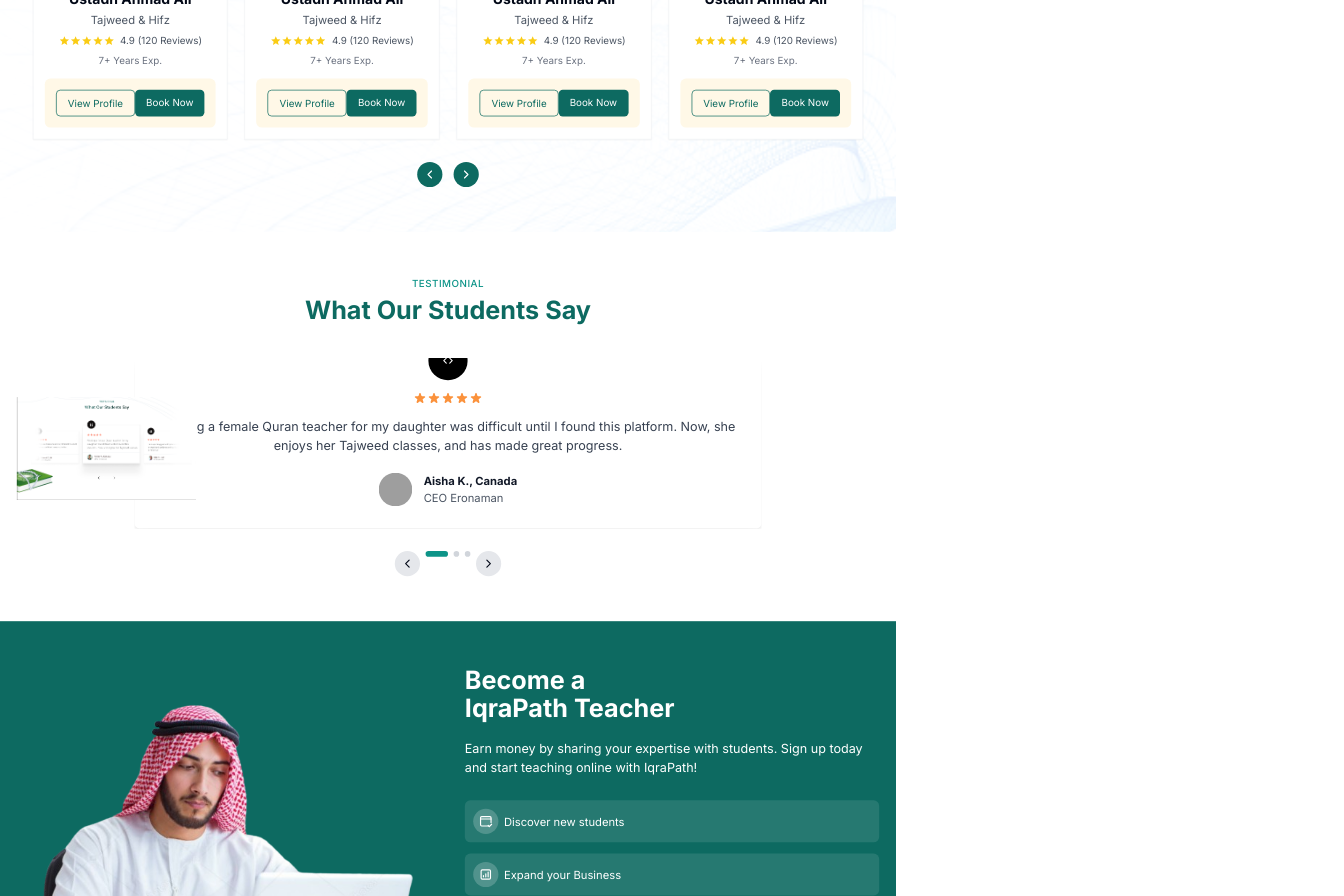
Repository: tafolabi009/originalq
Page: /
These files come from the project's save history. The page is drawn as it stood at one moment and after the next save; the edit follows.
The browser window is 1280 px wide. The page is 1984 px wide, so the pictures cover 1920 px, including what lies to the right of the window. The pictures show the part of the page from y = 2195 to 3475 px (the page is 5023 px tall), at 70% of full size.
Pictures or frames that could not be fetched are drawn as grey boxes. The page's requests for data from a server got no answer. The project was rebuilt for these pictures with package versions that can differ from the ones it lists, and the page was loaded fresh each time. The framework's server and built-in components were replaced by stand-ins that run in the browser. No one was signed in, and anything a server would have sent is missing. Also part of the build but not shown: next.config.mjs.

Above is the page before, as saved 2025-03-28 16:04:35.

### app/layout.tsx
import type React from "react"
import type { Metadata } from "next"
import { Inter } from "next/font/google"
import "./globals.css"
import { AuthProvider } from "@/contexts/AuthContext"
import { NetworkStatusBanner } from "@/components/ui/network-status-banner"

const inter = Inter({ subsets: ["latin"] })

export const metadata: Metadata = {
  title: "IqraPath - Connect with Expert Quran Teachers",
  description: "Find expert Quran tutors for kids and adults. Learn at your own pace, anytime, anywhere.",
    generator: 'v0.dev'
}

export default function RootLayout({
  children,
}: Readonly<{
  children: React.ReactNode
}>) {
  return (
    <html lang="en">
      <body className={inter.className}>
        <AuthProvider>
          <NetworkStatusBanner />
          {children}
        </AuthProvider>
      </body>
    </html>
  )
}



import './globals.css'

### app/page.tsx
import { Header } from "@/components/layout/header"
import { HeroSection } from "@/components/home/hero-section"
import { HowItWorksSection } from "@/components/home/how-it-works"
import { TeachersSection } from "@/components/home/teachers-section"
import { TestimonialsSection } from "@/components/home/testimonials-section"
import { BecomeTeacherSection } from "@/components/home/become-teacher-section"
import { FAQSection } from "@/components/home/faq-section"
import { CTASection } from "@/components/home/cta-section"
import { Footer } from "@/components/layout/footer"

export default function Home() {
  return (
    <main className="min-h-screen flex flex-col">
      <Header />
      <HeroSection />
      <HowItWorksSection />
      <TeachersSection />
      <TestimonialsSection />
      <BecomeTeacherSection />
      <FAQSection />
      <CTASection />
      <Footer />
    </main>
  )
}

### components/ui/network-status-banner.tsx
"use client"

import { useState, useEffect } from "react"
import { AlertTriangle, X } from "lucide-react"

export function NetworkStatusBanner() {
  const [isApiAvailable, setIsApiAvailable] = useState(true)
  const [isVisible, setIsVisible] = useState(false)
  const apiUrl = process.env.NEXT_PUBLIC_API_URL || "http://localhost/api"

  useEffect(() => {
    const checkApiStatus = async () => {
      try {
        const response = await fetch(`${apiUrl}/ping`, {
          method: "GET",
          headers: {
            "Content-Type": "application/json",
          },
          signal: AbortSignal.timeout(3000),
        })

        const data = await response.json()
        setIsApiAvailable(response.ok && data.status === "success")
        setIsVisible(!response.ok || data.status !== "success")
      } catch (error) {
        console.warn("API check failed:", error)
        setIsApiAvailable(false)
        setIsVisible(true)
      }
    }

    checkApiStatus()

    // Check API status periodically
    const intervalId = setInterval(checkApiStatus, 60000) // Check every minute

    return () => clearInterval(intervalId)
  }, [apiUrl])

  if (!isVisible) return null

  return (
    <div className="bg-amber-50 border-b border-amber-200 px-4 py-3">
      <div className="container mx-auto flex items-center justify-between">
        <div className="flex items-center">
          <AlertTriangle className="h-5 w-5 text-amber-500 mr-2" />
          <p className="text-sm text-amber-800">
            <strong>Note:</strong> The backend API is currently unavailable. The application is running in offline mode
            with limited functionality.
          </p>
        </div>
        <button
          onClick={() => setIsVisible(false)}
          className="text-amber-500 hover:text-amber-700"
          aria-label="Dismiss"
        >
          <X className="h-5 w-5" />
        </button>
      </div>
    </div>
  )
}

### components/home/testimonials-section.tsx
"use client"

import { useRef, useState } from "react"
import Image from "next/image"
import { useInView } from "framer-motion"
import { ChevronLeft, ChevronRight } from "lucide-react"

export function TestimonialsSection() {
  const ref = useRef(null)
  const isInView = useInView(ref, { once: true, amount: 0.2 })
  const [activeIndex, setActiveIndex] = useState(0)

  const testimonials = [
    {
      name: "Aisha K.",
      location: "Canada",
      role: "CEO Eronaman",
      rating: 5,
      quote:
        "Finding a female Quran teacher for my daughter was difficult until I found this platform. Now, she enjoys her Tajweed classes, and has made great progress.",
      image: "/placeholder.svg?height=100&width=100",
    },
    {
      name: "Ahmed S.",
      location: "UK",
      role: "CEO Universal",
      rating: 3,
      quote: "Tajweed lessons are very interactive, and I feel more confident in my recitation.",
      image: "/placeholder.svg?height=100&width=100",
    },
    {
      name: "Bilal R.",
      location: "UAE",
      role: "CEO Universal",
      rating: 5,
      quote: "I always struggled with pronunciation, but my teacher's patience and guidance helped me improve.",
      image: "/placeholder.svg?height=100&width=100",
    },
  ]

  const nextTestimonial = () => {
    setActiveIndex((prev) => (prev + 1) % testimonials.length)
  }

  const prevTestimonial = () => {
    setActiveIndex((prev) => (prev - 1 + testimonials.length) % testimonials.length)
  }

  return (
    <section ref={ref} className="py-16 px-6 bg-white relative">
      {/* Background pattern */}
      <div className="absolute inset-0 z-0">

      </div>

      <div className="max-w-7xl mx-auto relative z-10">
        <div className="text-center mb-12">
          <p className="text-sm font-medium text-[#0D9488] uppercase tracking-wider mb-2">TESTIMONIAL</p>
          <h2 className="text-3xl md:text-4xl font-bold text-[#0D6A61] mb-4">What Our Students Say</h2>
        </div>

        <div className="flex justify-center">
          <div className="relative max-w-4xl w-full">
            <div className="flex overflow-hidden">
              {testimonials.map((testimonial, index) => (
                <div
                  key={index}
                  className={`w-full flex-shrink-0 transition-all duration-500 ease-in-out ${
                    index === activeIndex ? "opacity-100" : "opacity-0 absolute"
                  }`}
                  style={{
                    transform: `translateX(${(index - activeIndex) * 100}%)`,
                    display: Math.abs(index - activeIndex) > 1 ? "none" : "block",
                  }}
                >
                  <div className="bg-white p-8 rounded-lg shadow-lg relative">
                    <div className="absolute -top-6 left-1/2 transform -translate-x-1/2 bg-black rounded-full p-4">
                      <svg width="24" height="24" viewBox="0 0 24 24" fill="none" xmlns="http://www.w3.org/2000/svg">
                        <path
                          d="M9.5 8.5L6 12L9.5 15.5M14.5 8.5L18 12L14.5 15.5"
                          stroke="white"
                          strokeWidth="1.5"
                          strokeLinecap="round"
                          strokeLinejoin="round"
                        />
                      </svg>
                    </div>

                    <div className="flex justify-center mb-4 mt-4">
                      {[...Array(5)].map((_, i) => (
                        <svg
                          key={i}
                          className={`w-5 h-5 ${i < testimonial.rating ? "text-orange-400" : "text-gray-300"}`}
                          fill="currentColor"
                          viewBox="0 0 20 20"
                        >
                          <path d="M9.049 2.927c.3-.921 1.603-.921 1.902 0l1.07 3.292a1 1 0 00.95.69h3.462c.969 0 1.371 1.24.588 1.81l-2.8 2.034a1 1 0 00-.364 1.118l1.07 3.292c.3.921-.755 1.688-1.54 1.118l-2.8-2.034a1 1 0 00-1.175 0l-2.8 2.034c-.784.57-1.838-.197-1.539-1.118l1.07-3.292a1 1 0 00-.364-1.118L2.98 8.72c-.783-.57-.38-1.81.588-1.81h3.461a1 1 0 00.951-.69l1.07-3.292z" />
                        </svg>
                      ))}
                    </div>

                    <p className="text-lg text-gray-700 mb-6 text-center">{testimonial.quote}</p>

                    <div className="flex items-center justify-center">
                      <div className="relative h-12 w-12 rounded-full overflow-hidden mr-4">
                        <Image
                          src={testimonial.image || "/placeholder.svg"}
                          alt={testimonial.name}
                          fill
                          className="object-cover"
                        />
                      </div>
                      <div>
                        <h4 className="font-bold text-gray-900">
                          {testimonial.name}, {testimonial.location}
                        </h4>
                        <p className="text-gray-600">{testimonial.role}</p>
                      </div>
                    </div>
                  </div>
                </div>
              ))}
            </div>

            <div className="flex justify-center mt-8 gap-2">
              <button
                onClick={prevTestimonial}
                className="p-2 rounded-full bg-gray-200 hover:bg-gray-300 transition-colors"
                aria-label="Previous testimonial"
              >
                <ChevronLeft size={20} />
              </button>
              {testimonials.map((_, index) => (
                <button
                  key={index}
                  onClick={() => setActiveIndex(index)}
                  className={`h-2 rounded-full transition-all ${
                    index === activeIndex ? "w-8 bg-[#0D9488]" : "w-2 bg-gray-300"
                  }`}
                  aria-label={`Go to testimonial ${index + 1}`}
                />
              ))}
              <button
                onClick={nextTestimonial}
                className="p-2 rounded-full bg-gray-200 hover:bg-gray-300 transition-colors"
                aria-label="Next testimonial"
              >
                <ChevronRight size={20} />
              </button>
            </div>
          </div>
        </div>

        {/* Quran with beads image */}
        <div className="absolute bottom-0 left-0 w-64 h-64">
          <Image
            src="/images/quran-with-beads.png"
            alt="Quran with prayer beads"
            width={300}
            height={300}
            className="object-contain"
          />
        </div>
      </div>
    </section>
  )
}

### components/home/faq-section.tsx
"use client"

import { useRef, useState } from "react"
import { useInView } from "framer-motion"
import { ChevronDown } from "lucide-react"
import { cn } from "@/lib/utils"

export function FAQSection() {
  const ref = useRef(null)
  const isInView = useInView(ref, { once: true, amount: 0.2 })
  const [openIndex, setOpenIndex] = useState<number | null>(0)

  const faqs = [
    {
      number: "01",
      question: "How do I book a teacher?",
      answer:
        "Booking a teacher is simple. Browse our certified tutors, view their profiles, and select the one that best matches your needs. Then, click the 'Book Now' button on their profile to schedule a lesson at your preferred time.",
    },
    {
      number: "02",
      question: "Are the teachers certified?",
      answer:
        "Yes, all our teachers are certified Quran instructors with ijazah (certification) in Quran recitation. Many have degrees in Islamic studies and years of teaching experience.",
    },
    {
      number: "03",
      question: "Can I choose the class timing?",
      answer:
        "Yes, you can select class times that work best for your schedule. Our platform allows you to view teacher availability and book lessons at your convenience.",
    },
    {
      number: "04",
      question: "Do you offer free trial classes?",
      answer:
        "Yes, many of our teachers offer a free trial lesson so you can experience their teaching style before committing to paid lessons.",
    },
  ]

  const toggleFaq = (index: number) => {
    setOpenIndex(openIndex === index ? null : index)
  }

  return (
    <section ref={ref} className="py-16 px-6 bg-white relative">
      <div className="max-w-4xl mx-auto">
        <div className="text-center mb-12">
          <h2 className="text-3xl md:text-4xl font-bold text-[#0D6A61] mb-4">Frequently Asked Questions</h2>
          <p className="text-lg text-gray-600 max-w-3xl mx-auto">
            Find answers to common questions about our platform, teachers, and learning process.
          </p>
        </div>

        <div className="space-y-4">
          {faqs.map((faq, index) => (
            <div
              key={index}
              className={cn("bg-[#FFF8E7] rounded-lg overflow-hidden", openIndex === index ? "shadow-md" : "")}
            >
              <button
                className="w-full px-6 py-4 text-left flex items-center justify-between"
                onClick={() => toggleFaq(index)}
                aria-expanded={openIndex === index}
                aria-controls={`faq-answer-${index}`}
              >
                <div className="flex items-center">
                  <span className="text-2xl text-[#0D9488] font-light mr-4">{faq.number}</span>
                  <h3 className="text-lg font-medium text-[#0D6A61]">{faq.question}</h3>
                </div>
                <div className="flex-shrink-0">
                  <ChevronDown
                    className={`h-5 w-5 text-[#0D9488] transition-transform duration-200 ${
                      openIndex === index ? "transform rotate-180" : ""
                    }`}
                  />
                </div>
              </button>

              <div
                id={`faq-answer-${index}`}
                className={cn(
                  "overflow-hidden transition-all duration-300",
                  openIndex === index ? "max-h-96" : "max-h-0",
                )}
              >
                <div className="px-6 pb-4 text-gray-600 pl-16">{faq.answer}</div>
              </div>
            </div>
          ))}
        </div>
      </div>
    </section>
  )
}

### components/home/cta-section.tsx
"use client"

import { useRef } from "react"
import Link from "next/link"
import Image from "next/image"
import { useInView } from "framer-motion"

export function CTASection() {
  const ref = useRef(null)
  const isInView = useInView(ref, { once: true, amount: 0.3 })

  return (
    <section ref={ref} className="py-16 px-6 bg-white relative">
      <div className="absolute inset-0 z-0">
        <Image
          src="/images/background-pattern.jpeg"
          alt="Background Pattern"
          fill
          className="object-cover opacity-10"
        />
      </div>

      <div className="max-w-7xl mx-auto relative z-10">
        <div className="bg-gradient-to-r from-[#0D6A61] to-[#0D9488] rounded-3xl overflow-hidden">
          <div className="grid grid-cols-1 md:grid-cols-2 gap-8">
            <div className="p-12 flex flex-col justify-center">
              <h2 className="text-3xl md:text-4xl font-bold text-white mb-6">
                Start Your Quran Learning Journey Today!
              </h2>
              <Link
                href="/find-teacher"
                className="bg-white text-[#0D6A61] px-6 py-3 rounded-full text-lg font-medium inline-block hover:bg-gray-100 transition-colors w-fit"
              >
                Find A Teacher
              </Link>
            </div>

            <div className="relative h-80 md:h-auto">
              <Image src="/images/female-teacher.png" alt="Quran Student" fill className="object-cover object-center" />
            </div>
          </div>
        </div>
      </div>
    </section>
  )
}

### components/layout/footer.tsx
import Link from "next/link"
import Image from "next/image"
import { Facebook, Instagram, Linkedin, Twitter, Youtube } from "lucide-react"

export function Footer() {
  return (
    <footer className="bg-[#0D6A61] text-white py-12 px-6 mt-auto">
      <div className="max-w-7xl mx-auto grid grid-cols-1 md:grid-cols-4 gap-8">
        <div>
          <Image src="/logo-white.svg" alt="IqraPath Logo" width={150} height={40} className="h-10 w-auto mb-4" />
          <p className="text-teal-100 mb-6">Lorem ipsum dolor sit amet consectetur adipiscing elit aliquam</p>
          <div className="flex gap-4">
            <a href="#" className="text-white hover:text-teal-200 transition-colors" aria-label="Facebook">
              <Facebook size={20} />
            </a>
            <a href="#" className="text-white hover:text-teal-200 transition-colors" aria-label="Twitter">
              <Twitter size={20} />
            </a>
            <a href="#" className="text-white hover:text-teal-200 transition-colors" aria-label="Instagram">
              <Instagram size={20} />
            </a>
            <a href="#" className="text-white hover:text-teal-200 transition-colors" aria-label="LinkedIn">
              <Linkedin size={20} />
            </a>
            <a href="#" className="text-white hover:text-teal-200 transition-colors" aria-label="YouTube">
              <Youtube size={20} />
            </a>
          </div>
        </div>

        <div>
          <h3 className="text-lg font-medium mb-4">Quick Links:</h3>
          <ul className="space-y-2">
            <li>
              <Link href="/" className="text-teal-100 hover:text-white transition-colors">
                Home
              </Link>
            </li>
            <li>
              <Link href="/find-teacher" className="text-teal-100 hover:text-white transition-colors">
                Find a Teacher
              </Link>
            </li>
            <li>
              <Link href="/how-it-works" className="text-teal-100 hover:text-white transition-colors">
                How It Works
              </Link>
            </li>
            <li>
              <Link href="/blog" className="text-teal-100 hover:text-white transition-colors">
                Blog
              </Link>
            </li>
            <li>
              <Link href="/about" className="text-teal-100 hover:text-white transition-colors">
                About Us
              </Link>
            </li>
          </ul>
        </div>

        <div>
          <h3 className="text-lg font-medium mb-4">Features</h3>
          <ul className="space-y-2">
            <li>
              <Link href="#" className="text-teal-100 hover:text-white transition-colors">
                Top-Rated Quran Teachers
              </Link>
            </li>
            <li>
              <Link href="#" className="text-teal-100 hover:text-white transition-colors">
                Flexible Scheduling
              </Link>
            </li>
            <li>
              <Link href="#" className="text-teal-100 hover:text-white transition-colors">
                Secure Payments
              </Link>
            </li>
            <li>
              <Link href="#" className="text-teal-100 hover:text-white transition-colors">
                Video Lessons
              </Link>
            </li>
          </ul>
        </div>

        <div>
          <h3 className="text-lg font-medium mb-4">Contacts us</h3>
          <ul className="space-y-2">
            <li className="flex items-start gap-2">
              <span aria-hidden="true">📧</span>
              <span>support@iqrapath.com</span>
            </li>
            <li className="flex items-start gap-2">
              <span aria-hidden="true">📞</span>
              <span>09029939361</span>
            </li>
            <li className="flex items-start gap-2">
              <span aria-hidden="true">📍</span>
              <span>123 Quran Learning St., Lagos, Nigeria</span>
            </li>
          </ul>
        </div>
      </div>
    </footer>
  )
}

### tailwind.config.ts
import type { Config } from "tailwindcss"

const config: Config = {
  content: [
    "./pages/**/*.{js,ts,jsx,tsx,mdx}",
    "./components/**/*.{js,ts,jsx,tsx,mdx}",
    "./app/**/*.{js,ts,jsx,tsx,mdx}",
    "*.{js,ts,jsx,tsx,mdx}",
  ],
  theme: {
    container: {
      center: true,
      padding: "2rem",
      screens: {
        "2xl": "1400px",
      },
    },
    extend: {
      colors: {
        border: "hsl(var(--border))",
        input: "hsl(var(--input))",
        ring: "hsl(var(--ring))",
        background: "hsl(var(--background))",
        foreground: "hsl(var(--foreground))",
        primary: {
          DEFAULT: "hsl(var(--primary))",
          foreground: "hsl(var(--primary-foreground))",
        },
        secondary: {
          DEFAULT: "hsl(var(--secondary))",
          foreground: "hsl(var(--secondary-foreground))",
        },
        destructive: {
          DEFAULT: "hsl(var(--destructive))",
          foreground: "hsl(var(--destructive-foreground))",
        },
        muted: {
          DEFAULT: "hsl(var(--muted))",
          foreground: "hsl(var(--muted-foreground))",
        },
        accent: {
          DEFAULT: "hsl(var(--accent))",
          foreground: "hsl(var(--accent-foreground))",
        },
        popover: {
          DEFAULT: "hsl(var(--popover))",
          foreground: "hsl(var(--popover-foreground))",
        },
        card: {
          DEFAULT: "hsl(var(--card))",
          foreground: "hsl(var(--card-foreground))",
        },
      },
      borderRadius: {
        lg: "var(--radius)",
        md: "calc(var(--radius) - 2px)",
        sm: "calc(var(--radius) - 4px)",
      },
      keyframes: {
        "accordion-down": {
          from: { height: "0" },
          to: { height: "var(--radix-accordion-content-height)" },
        },
        "accordion-up": {
          from: { height: "var(--radix-accordion-content-height)" },
          to: { height: "0" },
        },
      },
      animation: {
        "accordion-down": "accordion-down 0.2s ease-out",
        "accordion-up": "accordion-up 0.2s ease-out",
      },
    },
  },
  plugins: [require("tailwindcss-animate")],
}

export default config

Loaded but not shown: lib/utils.ts (common file); contexts/AuthContext.tsx (293 lines, source omitted); components/home/how-it-works.tsx (147 lines, source omitted); components/layout/header.tsx (188 lines, source omitted); components/home/hero-section.tsx (127 lines, source omitted); components/home/teachers-section.tsx (139 lines, source omitted); app/globals.css (263 lines, source omitted); components/home/become-teacher-section.tsx (100 lines, source omitted)

After the next save:
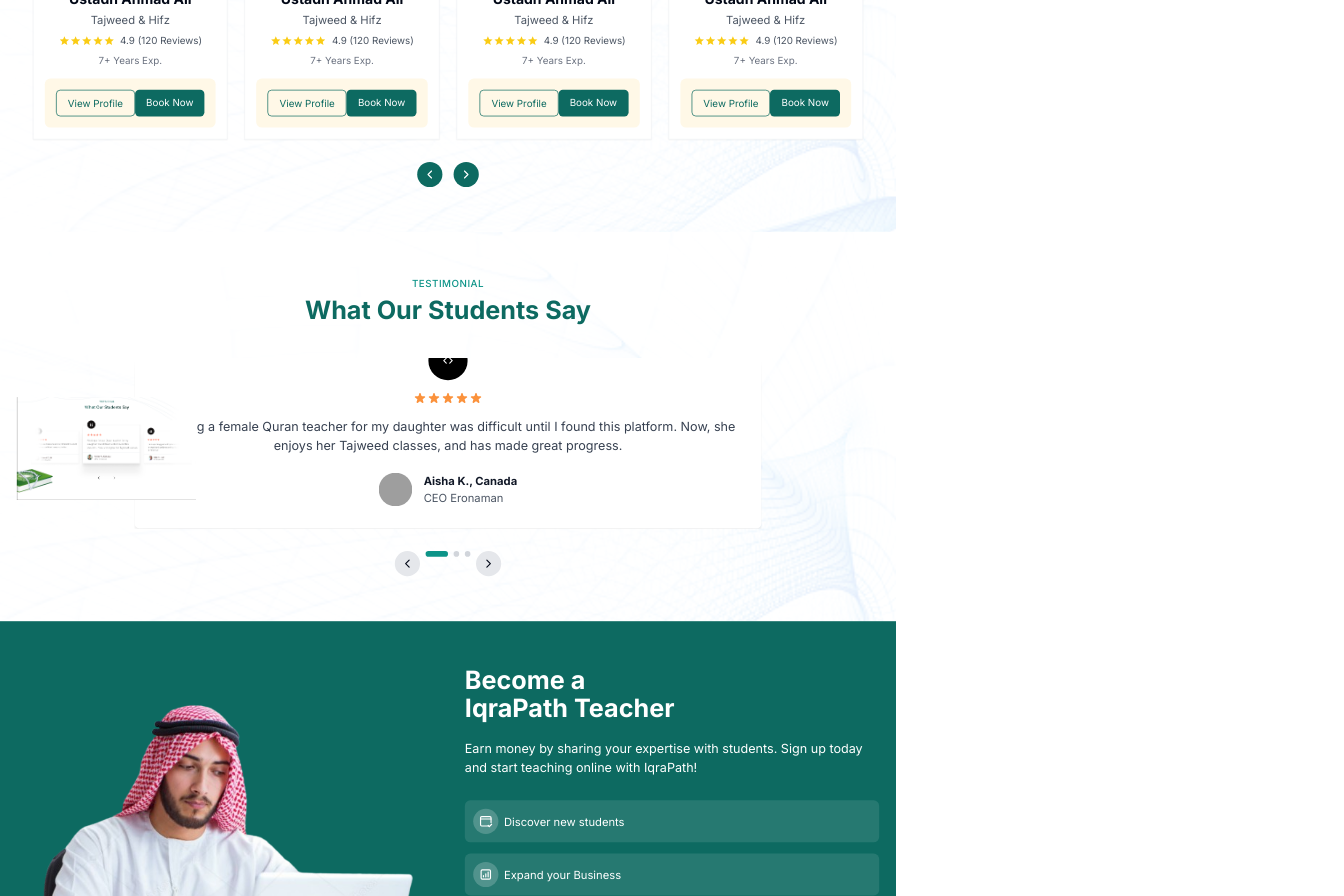
Saved 43 s later.
--- a/components/home/testimonials-section.tsx
+++ b/components/home/testimonials-section.tsx
@@ -50,7 +50,12 @@ export function TestimonialsSection() {
     <section ref={ref} className="py-16 px-6 bg-white relative">
       {/* Background pattern */}
       <div className="absolute inset-0 z-0">
-
+        <Image
+          src="/images/background-pattern.jpeg"
+          alt="Background Pattern"
+          fill
+          className="object-cover opacity-10"
+        />
       </div>
 
       <div className="max-w-7xl mx-auto relative z-10">
